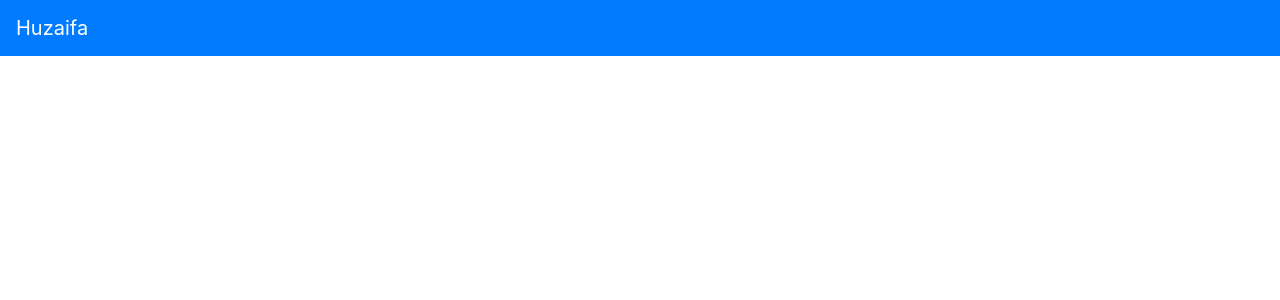
Repository: Huzaifa-2609/Frontend-website-React-JS
Page: /
These files come from the project's save history. The page is drawn as it stood at one moment and after a run of saves; the edit follows.
The browser window is 1280 px wide. The pictures show the whole page.
The project was rebuilt for these pictures with package versions that can differ from the ones it lists, and the page was loaded fresh each time. Also part of the build but not shown: src/App.css.

Above is the page before, as saved 2022-09-01 22:52:17.

After the next 2 saves:
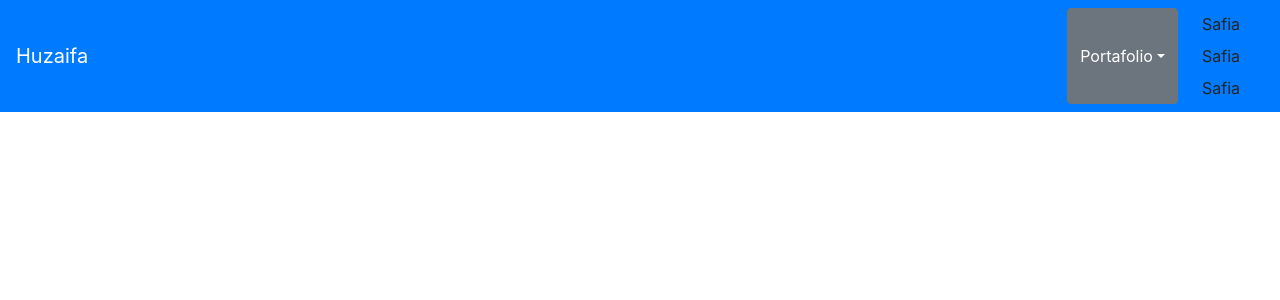
The 2 saves are shown as one change because 1 did not build or start.
The last was saved 4 min 21 s later.
--- a/src/App.js
+++ b/src/App.js
@@ -1,7 +1,7 @@
 import React, { Component } from 'react';
 import logo from './logo.svg';
 import './App.css';
-import {Navbar,NavbarBrand} from "reactstrap"
+import {ButtonDropdown, Dropdown, DropdownItem, DropdownToggle, Navbar,NavbarBrand} from "reactstrap"
 
 
 class App extends Component {
@@ -10,6 +10,16 @@ class App extends Component {
       <div>
         <Navbar dark color="primary">
         <NavbarBrand href="/">Huzaifa</NavbarBrand>
+        <ButtonDropdown>
+        <DropdownToggle caret>
+           Portafolio
+        </DropdownToggle>
+        <Dropdown>
+          <DropdownItem>Safia</DropdownItem>
+          <DropdownItem>Safia</DropdownItem>
+          <DropdownItem>Safia</DropdownItem>
+        </Dropdown>
+        </ButtonDropdown>
         </Navbar>
       </div>
     );
